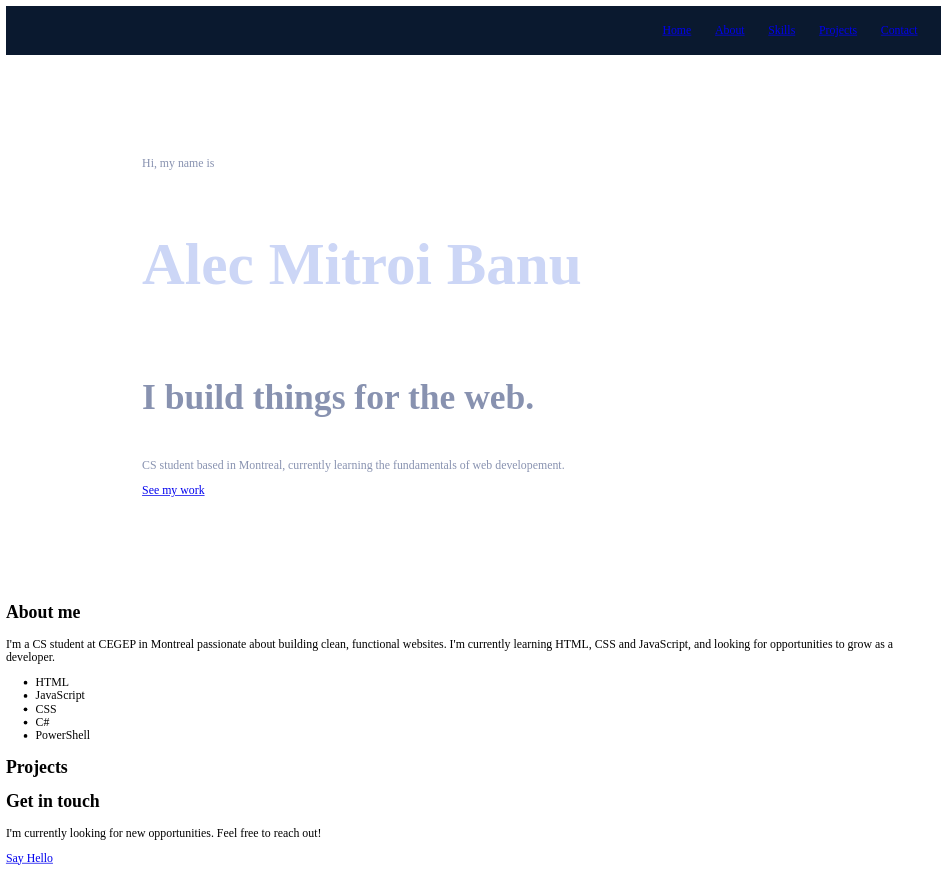
Repository: Alec-Banu/Alec-Banu
Page: index.html
The author's editor kept a copy of each file at every save. The page is drawn from the files as they stood at one save, then again after the next save.
The browser window is 1280 px wide. The pictures show the whole page, at 74% of full size.

Above is the page before, as saved 2026-04-22 13:46:16.

### index.html
<!doctype html>
<html lang="en">
  <head>
    <meta charset="UTF-8" />
    <meta name="viewport" content="width=device-width, initial-scale=1.0" />
    <title>Alec Mitroi Banu</title>
    <link rel="stylesheet" href="./styles/globals.css" />
    <link rel="stylesheet" href="./styles/index.css" />
  </head>
  <body>
    <!-- Nav  -->
    <nav>
      <a href="#hero">Home</a>
      <a href="#about">About</a>
      <a href="#skills">Skills</a>
      <a href="#projects">Projects</a>
      <a href="#contact">Contact</a>
    </nav>

    <!-- Hero  -->
    <section id="hero">
      <p>Hi, my name is</p>
      <h1>Alec Mitroi Banu</h1>
      <h2>I build things for the web.</h2>
      <p>
        CS student based in Montreal, currently learning the fundamentals of web
        developement.
      </p>
      <a href="#projects">See my work</a>
    </section>

    <!-- About  -->
    <section id="about">
      <h2>About me</h2>
      <p>
        I'm a CS student at CEGEP in Montreal passionate about building clean,
        functional websites. I'm currently learning HTML, CSS and JavaScript,
        and looking for opportunities to grow as a developer.
      </p>
    </section>

    <!-- Skills  -->
    <section id="skills">
      <ul>
        <li>HTML</li>
        <li>JavaScript</li>
        <li>CSS</li>
        <li>C#</li>
        <li>PowerShell</li>
      </ul>
    </section>

    <!-- Projects -->
    <section id="projects">
      <h2>Projects</h2>
    </section>

    <!-- Contact -->
    <section id="contact">
      <h2>Get in touch</h2>
      <p>
        I'm currently looking for new opportunities. Feel free to reach out!
      </p>
      <a href="mailto:alecbanu@yahoo.com">Say Hello</a>
    </section>
  </body>
</html>

### styles/index.css
nav {
  display: flex;
  gap: 2rem;
  padding: 1.5rem 2rem;
  justify-content: flex-end;
  position: sticky;
  top: 0;
  background-color: #0a192f;
}

#hero {
  min-height: 100vh;
  display: flex;
  flex-direction: column;
  justify-content: center;
  padding: 0 2rem;
  max-width: 56rem;
  margin: 0 auto;

  h1 {
    font-size: 2rem;
    color: #ccd6f6;
  }
  h2 {
    font-size: 1.5rem;
    color: #8892b0;
  }
  p {
    color: #8892b0;
    margin: 1rem 0;
  }
}

div {
  padding: 4rem 2rem;
}

/* Tablet */

@media (min-width: 768px) {
  #hero h1 {
    font-size: 3.5rem;
  }
  #hero h2 {
    font-size: 2.5rem;
  }
}

/* Desktop */

@media (min-width: 1024px) {
  #hero h1 {
    font-size: 5rem;
  }
  #hero h2 {
    font-size: 3rem;
  }
}

Loaded but not shown: styles/globals.css (no stored copy; drawn as an empty file)

After the next save:
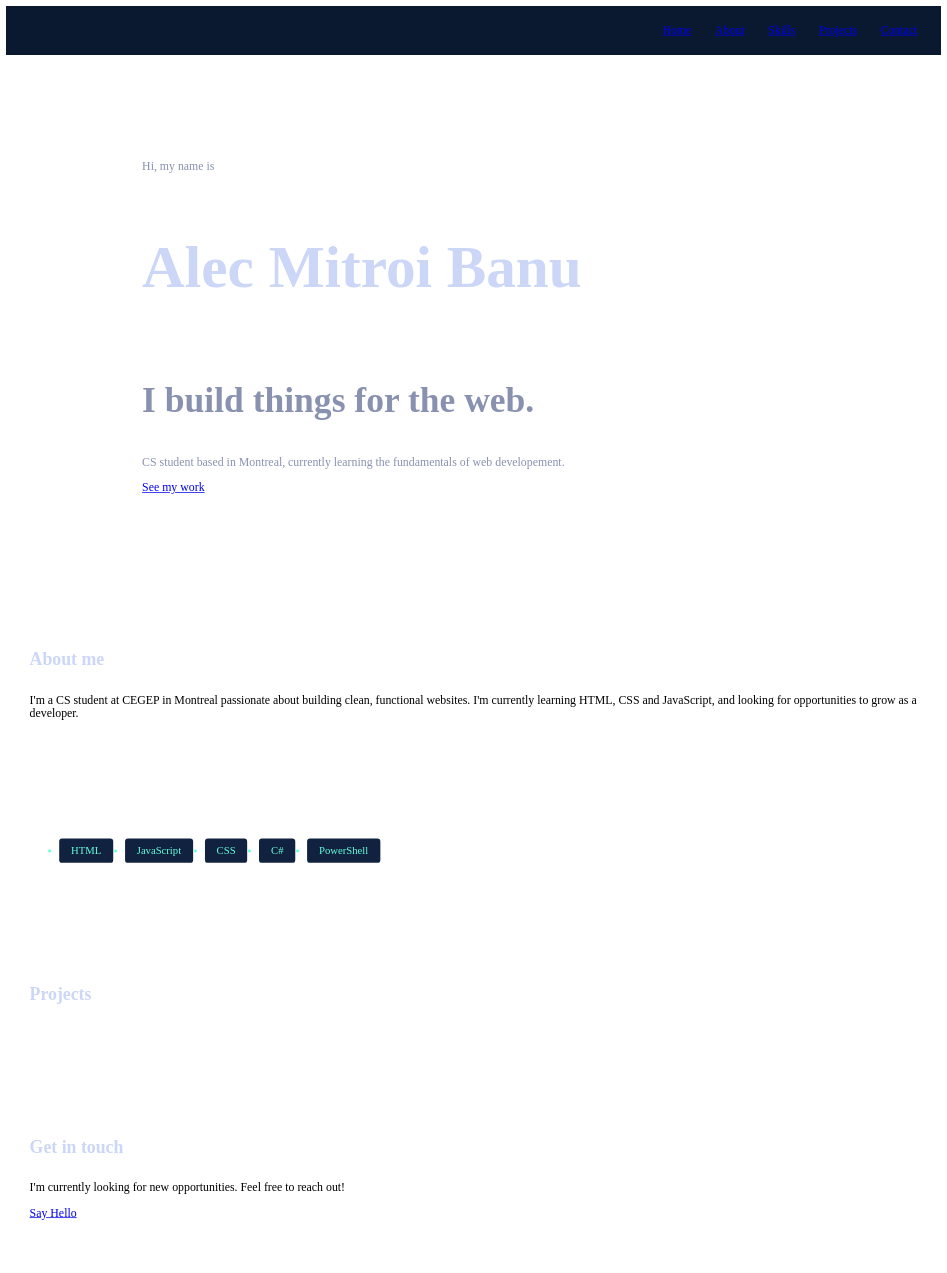
Saved 3 min 30 s later.
--- a/styles/index.css
+++ b/styles/index.css
@@ -31,8 +31,29 @@ nav {
   }
 }
 
-div {
+section {
   padding: 4rem 2rem;
+
+  h2 {
+    font-size: 1.5rem;
+    margin-bottom: 2rem;
+    color: #ccd6f6;
+  }
+}
+
+#skills {
+  ul {
+    display: flex;
+    flex-wrap: wrap;
+    gap: 1rem;
+  }
+  li {
+    background-color: #112240;
+    color: #64ffda;
+    padding: 0.5rem 1rem;
+    border-radius: 0.25rem;
+    font-size: 0.9rem;
+  }
 }
 
 /* Tablet */
